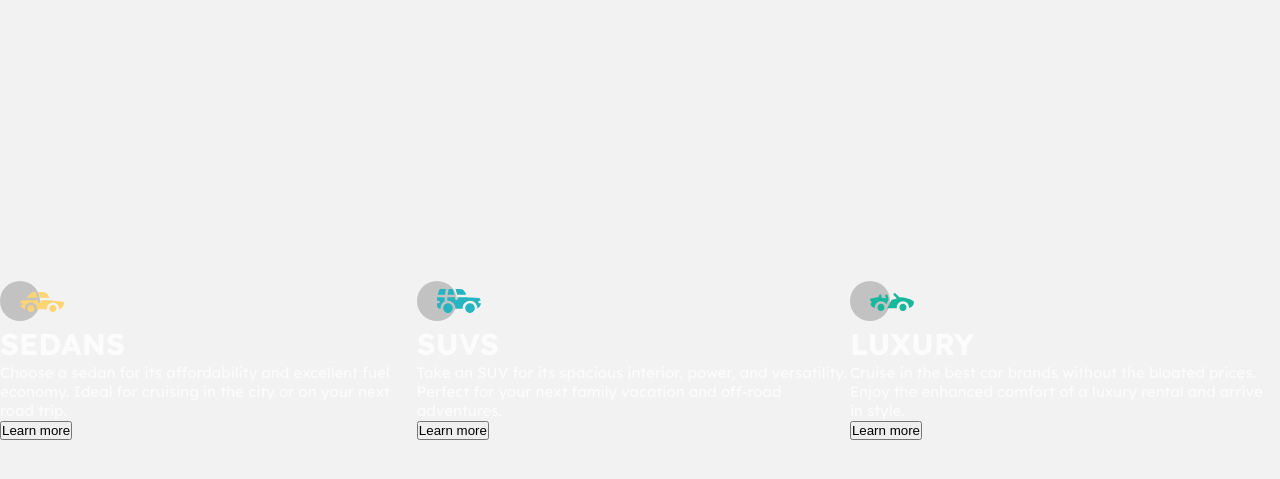
Repository: Pawan-pediredla/frontend-mentors
Page: 3-column-preview-card-component/3-column-preview-card-component-main/markup/index.html
These files come from the project's save history. The page is drawn as it stood at one moment and after a run of saves; the edit follows.
The browser window is 1280 px wide. The pictures show the whole page.

Above is the page before, as saved 2024-06-22 12:59:52.

### 3-column-preview-card-component/3-column-preview-card-component-main/markup/index.html
<!DOCTYPE html>
<html lang="en">
<head>
  <meta charset="UTF-8">
  <meta name="viewport" content="width=device-width, initial-scale=1.0"> <!-- displays site properly based on user's device -->

  <link rel="icon" type="image/png" sizes="32x32" href="./images/favicon-32x32.png">

  <title>Frontend Mentor | 3-column preview card component</title>

<link rel="stylesheet" href="../styling/index.css"/>
</head>
<body>
  <main>
  <div class="container"><div class="box" id="sedans">
    <img src="../images/icon-sedans.svg" alt="sedans-img"/>
    <h1>SEDANS</h1>
    <p>
      Choose a sedan for its affordability and excellent fuel economy. Ideal for cruising in the city
        or on your next road trip.
    </p>
<button class="sedandsb">Learn more</button>
  </div>
  <div class="box" id="suvs">
    <img src="../images/icon-suvs.svg" alt="suvs-img"/>
    <h1>
      SUVS
    </h1>
    <p>Take an SUV for its spacious interior, power, and versatility. Perfect for your next family vacation
      and off-road adventures.

    </p>
    <button class="suvsb">
Learn more
    </button>
  </div>
  <div class="box" id="luxury">
    <img src="../images/icon-luxury.svg" alt="luxury-img"/>
    <h1>LUXURY</h1>
    <p>
      Cruise in the best car brands without the bloated prices. Enjoy the enhanced comfort of a luxury
        rental and arrive in style.
    </p>
    <button class="luxuryb">
Learn more
    </button>
  </div></div>
  </main>
</body>
</html>

### 3-column-preview-card-component/3-column-preview-card-component-main/styling/index.css
@import url('https://fonts.googleapis.com/css2?family=Lexend+Deca:wght@100..900&display=swap');

@font-face {
    font-family: 'Big Shoulder Display';
    src: url(./assets/fonts/Big_Shoulders_Display/BigShouldersDisplay-VariableFont_wght.ttf);
}
:root {


    --Bright-orange: hsl(31, 77%, 52%);
    --Dark-cyan: hsl(184, 100%, 22%);
    --Very-dark-cyan: hsl(179, 100%, 13%);


    --Transparent-white-paragraphs: hsla(0, 0%, 100%, 0.75);
    --Very-light-gray-background-headings-buttons: hsl(0, 0%, 95%);
}

.attribution { font-size: 11px; text-align: center; }
    .attribution a { color: hsl(228, 45%, 44%); }

    *{
        margin: 0;
        padding: 0;
    }
body{
    font-family:  'Lexend Deca', sans-serif;
    font-size: 15px;
    height: 100vh;
    display: flex;
    align-items: center;
    justify-content: center;
    color: var(--Transparent-white-paragraphs);
    background-color: var(--Very-light-gray-background-headings-buttons);
}
.container{
    display: flex;
    width: ;
}

After the next 2 saves:
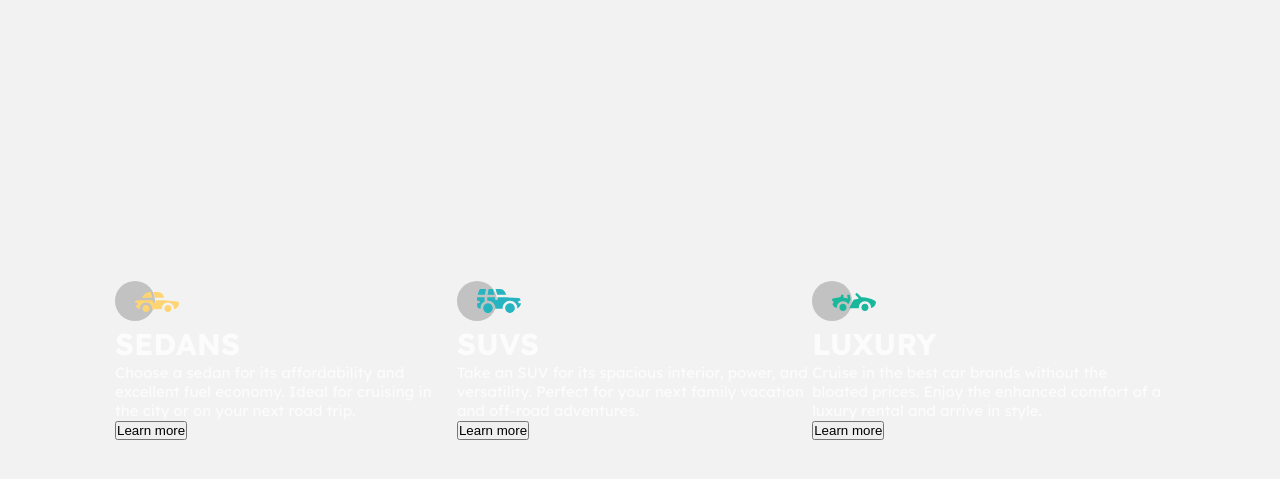
The 2 saves are shown as one change because they came seconds apart.
The last was saved 22 s later.
--- a/3-column-preview-card-component/3-column-preview-card-component-main/styling/index.css
+++ b/3-column-preview-card-component/3-column-preview-card-component-main/styling/index.css
@@ -34,6 +34,6 @@
     background-color: var(--Very-light-gray-background-headings-buttons);
 }
 .container{
-    display: flex;
-    width: ;
+display: flex;
+width: 1050px;
 }
